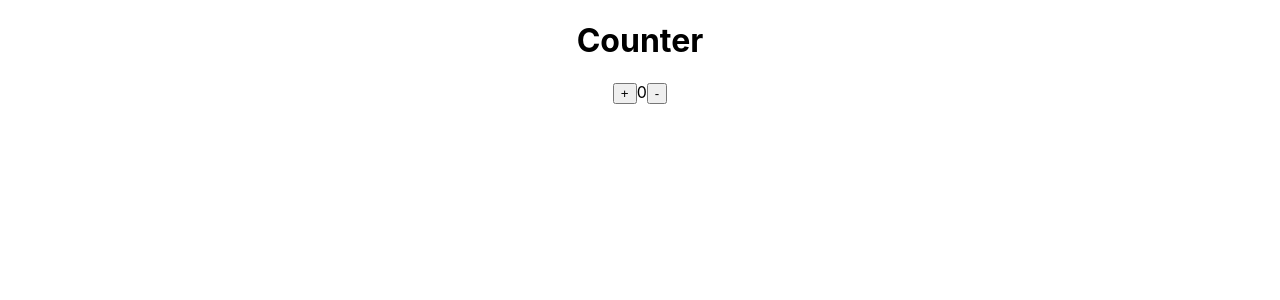
Repository: vsangavi/Redux-Counter
Page: /
The author's editor kept a copy of each file at every save. The page is drawn from the files as they stood at one save, then again after the next save.
The browser window is 1280 px wide. The pictures show the whole page.
The project was rebuilt for these pictures with package versions that can differ from the ones it lists, and the page was loaded fresh each time.

Above is the page before, as saved 2020-10-02 16:41:33.

### src/App.js
import React from "react";
import Counter from "./Counter";
import "./App.css";

function App() {
  return (
    <div className="App">
      <Counter />
    </div>
  );
}

export default App;

### src/Counter.js
import React, { Component } from "react";

class Counter extends Component {
  constructor(props) {
    super();
    this.state = {
      count: 0,
    };
  }
  render() {
    const Increment = () => {
      this.setState({
        count: this.state.count + 1,
      });
    };
    const Decrement = () => {
      this.setState({
        count: this.state.count - 1,
      });
    };
    return (
      <div>
        <h1>Counter</h1>
        <div>
          <button onClick={Increment}>+</button>
          <span>{this.state.count}</span>
          <button onClick={Decrement}>-</button>
        </div>
      </div>
    );
  }
}
export default Counter;

### src/App.css
.App {
  text-align: center;
}
span{
  margin:
}

Loaded but not shown: public/index.html (common file); src/index.js (common file); src/index.css (common file); src/serviceWorker.js (common file)

After the next save:
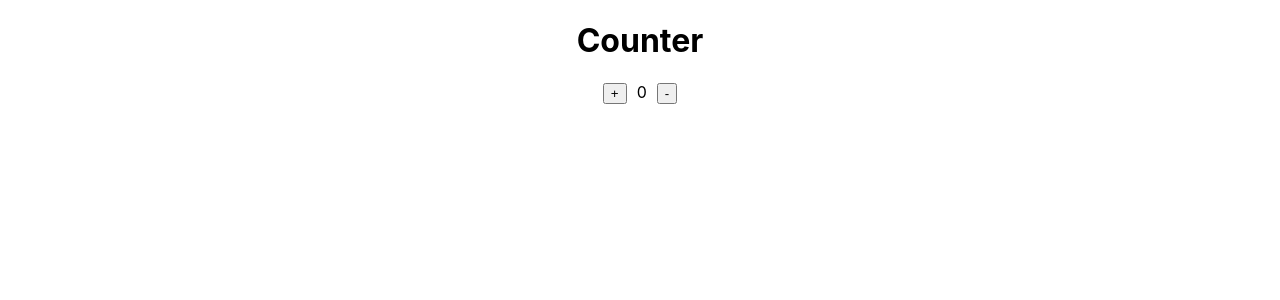
Saved 7 s later.
--- a/src/App.css
+++ b/src/App.css
@@ -1,6 +1,6 @@
 .App {
   text-align: center;
 }
-span{
-  margin:
+span {
+  margin: 10px 10px;
 }
